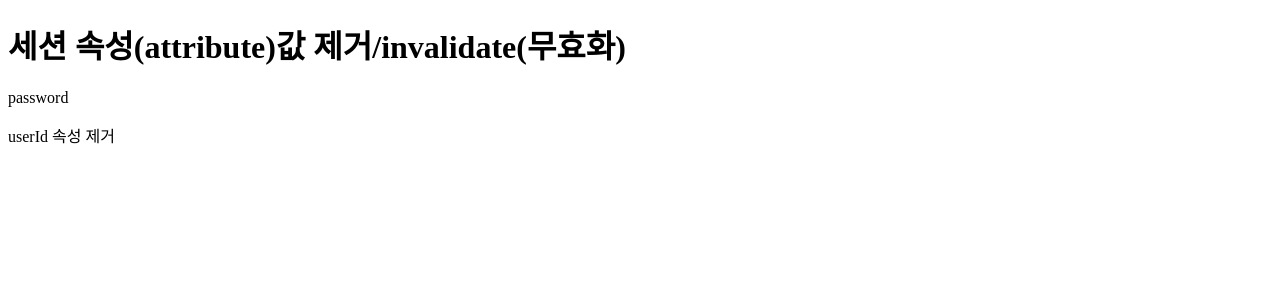
Repository: dnwpdud/WEB_CODES
Page: http://localhost/Web06_JSP_Servlet/ch17/sessionlnvalidate.jsp
An editor plug-in stored every save of this project. The page is shown before and after the next save, followed by the edit.
The browser window is 1280 px wide. The pictures show the whole page.
The page is served by Tomcat 9.

Above is the page before, as saved 2024-04-02 02:48:39.

After the next save:
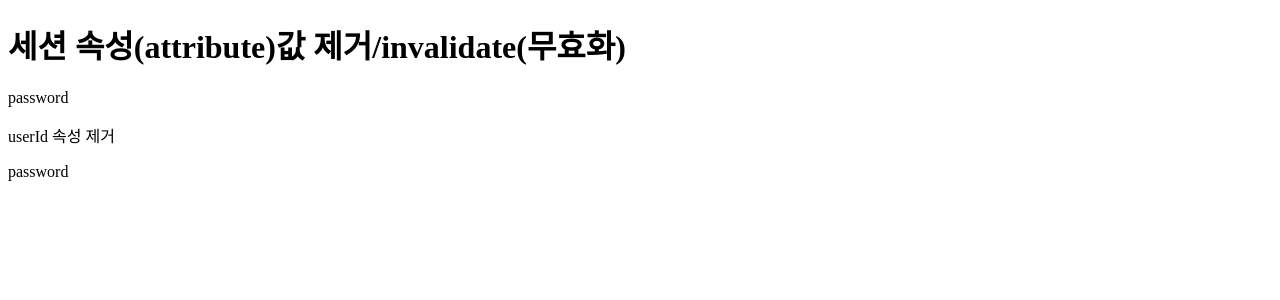
Saved 24 s later.
--- a/Web06_JSP_Servlet/src/main/webapp/ch17/sessionlnvalidate.jsp
+++ b/Web06_JSP_Servlet/src/main/webapp/ch17/sessionlnvalidate.jsp
@@ -23,6 +23,12 @@
 		out.println("<p>userId 속성 제거</p>");
 		session.removeAttribute("userId");
 
+		attrNames = session.getAttributeNames();
+		while(attrNames.hasMoreElements()){
+			String name = attrNames.nextElement();
+			out.println(name + "<br>");
+		}
+
 
 	%>
 
